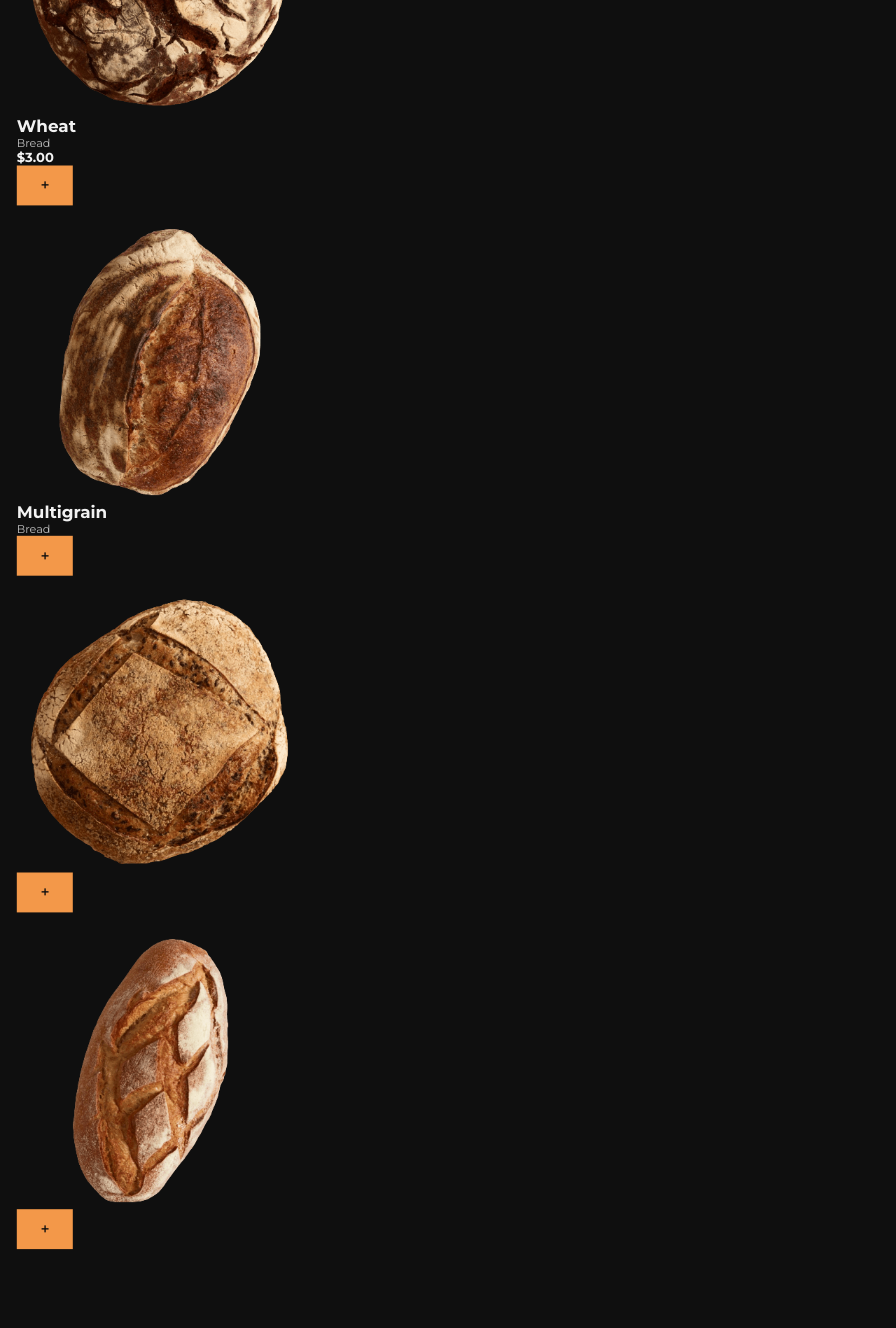
Repository: dinhhaidh/Bakery-web
Page: index.html
The author's editor kept a copy of each file at every save. The page is drawn from the files as they stood at one save, then again after a run of saves.
The browser window is 1280 px wide. The pictures show the part of the page from y = 4118 to 6038 px (the page is 6015 px tall before and 6038 px after), at 70% of full size.
Some web libraries are served in a nearby version.

Above is the page before, as saved 2024-01-16 10:54:21.

### index.html
<!DOCTYPE html>
<html lang="en">
  <head>
    <meta charset="UTF-8" />
    <meta name="viewport" content="width=device-width, initial-scale=1.0" />

    <!--=============== FAVICON ===============-->
    <link rel="shortcut icon" href="assets/img/favicon.png" type="image/x-icon"/>
    <!--=============== REMIXICONS ===============-->
    <link rel="stylesheet"  href="https://cdnjs.cloudflare.com/ajax/libs/remixicon/3.7.0/remixicon.css"/>
    <!--=============== CSS ===============-->
    <link rel="stylesheet" href="./css/style.css"/>

    <title>Responsive bakery website - Bedimcode</title>
  </head>
  <body>
    <!--==================== HEADER ====================-->
    <header class="header" id="header">
        <nav class="nav container">
            <a href="#" class="nav__logo">Bakery</a>
            <div class="nav__menu" id="nav-menu">
                <ul class="nav__list">
                    <li class="nav__item">
                        <a href="#home" class="nav__link">Home</a>
                    </li>
                    <li class="nav__item">
                        <a href="#new" class="nav__link">News</a>
                    </li>
                    <li class="nav__item">
                        <a href="#about" class="nav__link">About Us</a>
                    </li>
                    <li class="nav__item">
                        <a href="#favorite" class="nav__link">Favorites</a>
                    </li>
                    <li class="nav__item">
                        <a href="#visit" class="nav__link">Location</a>
                    </li>
                </ul>
                <div class="nav__close" id="nav-close">
                    <i class="ri-close-line"></i>
                </div>

                <img src="./img/bread-4.png" alt="image" class="nav__img-1">
                <img src="./img/bread-1.png" alt="image" class="nav__img-2">
            </div>

            <!-- toggle button -->
            <div class="nav__toggle" id="nav-toggle">
                <i class="ri-menu-line"></i>
            </div>
        </nav>
    </header>

    <!--==================== MAIN ====================-->
    <main class="main">
      <!--==================== HOME ====================-->
      <section class="home section" id="home">
        <img src="./img/home-bg.jpg" alt="image" class="home__bg">
        <div class="home__shadow"></div>
        <div class="home__container container grid">
            <div class="home__data">
                <h1 class="home__title">
                    Select The Best.<br> Quality Breads
                </h1>
                <a href="#" class="button">Select breads</a>

                <img src="./img/bread-1.png" alt="image" class="home__bread">
            </div>
            <div class="home__image">
                <img src="./img/home-bread.png" alt="image" class="home__img">
            </div>
            <footer class="home__footer">
                <div class="home__location">
                    <i class="ri-map-pin-line"></i>
                    <span>Av. The Sun #321 <br> Lima Peru</span>
                </div>
                <div class="home__social">
                    <a href="https://www.facebook.com/" target="_blank">

                        <i class="ri-facebook-circle-line"></i>
                    </a>
                    <a href="https://www.instagram.com/
                    " target="_blank">
                        <i class="ri-instagram-line"></i>
                    </a>
                    <a href="https://www.youtube.com/" target="_blank">
                        <i class="ri-youtube-line"></i>
                    </a>
                </div>
            </footer>
        </div>
      </section>

      <!--==================== NEWS ====================-->
      <section class="new section" id="new">
        <h2 class="section__title">New breads</h2>

        <div class="new__container container grid">
            <div class="new__content grid">
                <article class="new__card">
                    <div class="new__data">
                        <h2 class="new__title">Rye Bread</h2>
                        <p class="new__description">
                            Baked width healthy, gluten-free
                            sourdough for good nutrition.
                        </p>
                    </div>
                    <img src="./img/new-bread-1.png" alt="image" class="new__img">
                </article>
                <article class="new__card">
                    <div class="new__data">
                        <h2 class="new__title">Whole grain bread</h2>
                        <p class="new__description">
                            Crispy and homemade prepared
                            form organic yeast-free flour
                        </p>
                    </div>
                    <img src="./img/new-bread-2.png"  alt="image" class="new__img">
                </article>
                <article class="new__card">
                    <div class="new__data">
                        <h2 class="new__title">Multigrain Bread</h2>
                        <p class="new__description">
                            Tasty and made with different
                            natural grains form the countryside
                        </p>
                    </div>
                    <img src="./img/new-bread-3.png"  alt="image" class="new__img">
                </article>
            </div>
            <a href="#" class="new__button button">See More Breads</a>
        </div>
      </section>

      <!--==================== ABOUT ====================-->
      <section class="about section" id="about">
        <div class="about__container container grid">
            <div class="about__data">
                <div class="section__title">About Us</div>

                <p class="about__description">
                    Lorem ipsum, dolor sit amet consectetur adipisicing elit. Fugit quae quisquam quia animi commodi! Nesciunt aperiam deserunt ex sint, ratione alias quos beatae atque numquam natus libero eveniet explicabo molestias!
                </p>
                <a href="#" class="button">Know More</a>
                <img src="./img/bread-2.png" alt="image" class="about__bread">
            </div>
            <img src="./img/about-bread.png" alt="" class="about__img">
        </div>
      </section>

      <!--==================== FAVORITES ====================-->
      <section class="favorite section" id="favorite">
        <h2 class="section__title">Customer favorites</h2>
        <div class="favorite__container container grid">
            <article class="article__card">
                <img src="./img/favorite-bread-1.png" alt="image" class="favorite__img">
                <div class="favorite__data">
                    <h2 class="favorite__title">Whole Grain</h2>
                    <span class="favorite__subtitle">Bread</span>
                    <h3 class="favorite__price">$6.00</h3>
                </div>
                <button class="favorite__button button">
                    <i class="ri-add-line"></i>
                </button>
            </article>
            <article class="article__card">
                <img src="./img/favorite-bread-1.png" alt="image" class="favorite__img">
                <div class="favorite__data">
                    <h2 class="favorite__title">Rye</h2>
                    <span class="favorite__subtitle">Bread</span>
                    <h3 class="favorite__price">$8.00</h3>
                </div>
                <button class="favorite__button button">
                    <i class="ri-add-line"></i>
                </button>
            </article>
            <article class="article__card">
                <img src="./img/favorite-bread-2.png" alt="image" class="favorite__img">
                <div class="favorite__data">
                    <h2 class="favorite__title">Wheat</h2>
                    <span class="favorite__subtitle">Bread</span>
                    <h3 class="favorite__price">$3.00</h3>
                </div>
                <button class="favorite__button button">
                    <i class="ri-add-line"></i>
                </button>
            </article>
            <article class="article__card">
                <img src="./img/favorite-bread-3.png" alt="image" class="favorite__img">
                <div class="favorite__data">
                    <h2 class="favorite__title">Multigrain</h2>
                    <span class="favorite__subtitle">Bread</span>
                    <h3 class="favorite__price"></h3>
                </div>
                <button class="favorite__button button">
                    <i class="ri-add-line"></i>
                </button>
            </article>
            <article class="article__card">
                <img src="./img/favorite-bread-4.png" alt="image" class="favorite__img">
                <div class="favorite__data">
                    <h2 class="favorite__title"></h2>
                    <span class="favorite__subtitle"></span>
                    <h3 class="favorite__price"></h3>
                </div>
                <button class="favorite__button button">
                    <i class="ri-add-line"></i>
                </button>
            </article>
            <article class="article__card">
                <img src="./img/favorite-bread-5.png" alt="image" class="favorite__img">
                <div class="favorite__data">
                    <h2 class="favorite__title"></h2>
                    <span class="favorite__subtitle"></span>
                    <h3 class="favorite__price"></h3>
                </div>
                <button class="favorite__button button">
                    <i class="ri-add-line"></i>
                </button>
            </article>
        </div>
      </section>

      <!--==================== VISIT ====================-->
      <section class="visit section" id="visit"></section>
    </main>

    <!--==================== FOOTER ====================-->
    <footer class="footer"></footer>

    <!--========== SCROLL UP ==========-->

    <!--=============== SCROLLREVEAL ===============-->
    <script src="./js/scrollreveal.min.js"></script>
    <script src="https://code.jquery.com/jquery-3.7.1.min.js"></script>

    <!--=============== MAIN JS ===============-->
    <script src="./js/main.js"></script>
  </body>
</html>

### css/style.css
/*=============== GOOGLE FONTS ===============*/
@import url("https://fonts.googleapis.com/css2?family=Dancing+Script:wght@700&family=Montserrat:wght@400;600;700&display=swap");

/*=============== VARIABLES CSS ===============*/
:root {
    --header-height: 3.5rem;

    /*========== Colors ==========*/
    /*Color mode HSL(hue, saturation, lightness)*/
    --first-color: hsl(28, 88%, 62%);
    --first-color-alt: hsl(28, 84%, 58%);
    --title-color: hsl(0, 0%, 95%);
    --text-color: hsl(0, 0%, 75%);
    --text-color-light: hsl(0, 0%, 65%);
    --black-color: hsl(0, 0%, 6%);
    --body-color: hsl(0, 0%, 6%);
    --container-color: hsl(0, 0%, 10%);

    /*========== Font and typography ==========*/
    /*.5rem = 8px | 1rem = 16px ...*/
    --body-font: "Montserrat", sans-serif;
    --second-font: "Dancing Script", cursive;
    --biggest-font-size: 3rem;
    --bigger-font-size: 2rem;
    --h1-font-size: 1.5rem;
    --h2-font-size: 1.25rem;
    --h3-font-size: 1rem;
    --normal-font-size: .938rem;
    --small-font-size: .813rem;

    /*========== Font weight ==========*/
    --font-regular: 400;
    --font-semi-bold: 600;
    --font-bold: 700;

    /*========== z index ==========*/
    --z-tooltip: 10;
    --z-fixed: 100;
}

/*========== Responsive typography ==========*/
@media screen and (min-width: 1150px) {
    :root {
        --biggest-font-size: 5rem;
        --bigger-font-size: 3rem;
        --h1-font-size: 2.25rem;
        --h2-font-size: 1.5rem;
        --h3-font-size: 1.25rem;
        --normal-font-size: 1rem;
        --small-font-size: .875rem;
    }
}

/*=============== BASE ===============*/
* {
    box-sizing: border-box;
    padding: 0;
    margin: 0;
}

html {
    scroll-behavior: smooth;
}

body,
button {
    font-family: var(--body-font);
    font-size: var(--normal-font-size);
}

body {
    background-color: var(--body-color);
    color: var(--text-color);
}

button {
    border: none;
    outline: none;
}

h1,
h2,
h3,
h4 {
    color: var(--title-color);
    font-weight: var(--font-bold);
}

ul {
    list-style: none;
}

a {
    text-decoration: none;
}

img {
    display: block;
    max-width: 100%;
    height: auto;
}

/*=============== REUSABLE CSS CLASSES ===============*/
.container {
    max-width: 1120px;
    margin-inline: 1.5rem;
}

.grid {
    display: grid;
    gap: 1.5rem;
}

.section {
    padding-block: 5rem 1rem;
}

.section__title {
    font-size: var(--bigger-font-size);
    font-family: var(--second-font);
    margin-bottom: 1.5rem;
    text-align: center;
}

.main {
    overflow: hidden;
    /* For animation ScrollReveal */
}

/*=============== HEADER & NAV ===============*/
.header{
    position: fixed;
    width: 100%;
    top: 0;
    left: 0;
    background-color: transparent;
    z-index: var(--z-fixed);
}
.nav{
    position: relative;
    height: var(--header-height);
    display: flex;
    justify-content: space-between;
    align-items: center;
}
.nav__logo{
    color: var(--first-color);
    font-size: var(--h2-font-size);
    font-family: var(--second-font);
    transition: color .4s;
}
.nav__logo:hover{
    color: var(--first-color-alt);
}
.nav__close,
.nav__toggle{
    font-size: 1.5rem;
    color: var(--title-color);
    cursor: pointer;
}

/* Navigation for mobile devices */
/* responsive */
@media screen and (max-width: 1150px) {
    .nav__menu{
        position: fixed;
        top: 0;
        right: -100%;
        background-color: hsla(0,0%,6%, .2);
        backdrop-filter: blur(16px);
        -webkit-backdrop-filter: blur(16px);
        width: 80%;
        height: 100%;
        padding: 6rem 3rem 0;
        transition: right .4s;
    }
    .nav__list{
        display: flex;
        flex-direction: column;
        row-gap: 2.5rem;
    }
    .nav__link{
        color: var(--title-color);
        font-weight: var(--font-semi-bold);
        transition: color .4s;
    }
    .nav__link:hover{
        color: var(--first-color);
    }
    .nav__close,
    .nav__img-1,
    .nav__img-2{
        position: absolute;
    }
    .nav__close{
        top: 1rem;
        right: 1.5rem;
    }
    .nav__img-1{
        width: 80px;
        top: 11rem;
        right: 0.75rem;
    }
    .nav__img-2{
        width: 60px;
        top: 28rem;
        left: 6rem;
    }
}

/* Show menu */
.show-menu{
    right: 0;
}

/* Add blur header */
/* Thêm tiêu đề mờ, khi kéo xuống hiển thị thanh nngang fixed */
.blur-header::after{
    content: '';
    position: absolute;
    width: 100%;
    height: 100%;
    background-color: hsla(0, 0%, 6%, .2);
    backdrop-filter: blur(16px);
    -webkit-backdrop-filter: blur(16px);
    top: 0;
    left: 0;
    z-index: -1;
}

/* Active link */


/*=============== HOME ===============*/
.home{
    position: relative;
    padding-top: 6.5rem;
}
.home__container{
    row-gap: 2rem;
}
.home__bg,
.home__shadow{
    position: absolute;
    top: 0;
    left: 0;
    width: 100%;
    height: 100%;
    z-index: -1;
}
.home__bg{
    object-fit: cover;
    object-position: center;
}
.home__shadow{
    background: linear-gradient(180deg, hsla(0, 0%, 0%, 0) 0%, hsl(0, 0%, 6%) 100%);

}
.home__data{
    position: relative;
    text-align: center;
}
.home__title{
    font-size: var(--biggest-font-size);
    font-family: var(--second-font);
    margin-bottom: 1.5rem;
}
.home__bread{
    width: 50px;
    position: absolute;
    top: 15rem;
    left: 4rem;
}
.home__image{
    max-width: 400px;
    justify-self: center;
}
.home__img{
    rotate: 15deg;
}
.home__footer,
.home__location,
.home__social{
    display: flex;
}
.home__footer{
    justify-content: space-between;
    align-items: center;
}
.home__location{
    align-items: center;
    column-gap: .5rem;
}
.home__location i{
    font-size: 1.5rem;
    color: var(--first-color);
}
.home__location span{
    color: var(--title-color);
    font-size: var(--small-font-size);
}
.home__social{
    column-gap: 1rem;
}
.home__social a{
    color: var(--title-color);
    font-size: 1.5rem;
    transition: color 4s;
}
.home__social a:hover{
    color: var(--first-color);
}

/*=============== BUTTON ===============*/
.button{
    display: inline-flex;
    background-color: var(--first-color);
    color: var(--black-color);
    font-weight: var(--font-semi-bold);
    padding: 1.25rem 2rem;
    transition: background-color .4s;
}
.button:hover{
    background-color: var(--first-color-alt);
}

/*=============== NEW ===============*/
.new{

}
.new__container{
    padding-top: 1.5rem;
    row-gap: 3.5rem;
}
.new__content{
    row-gap: 2rem
}
.new__card{
    display: flex;
    column-gap: 1rem;
    align-items: center;
}
.new__card:nth-child(2) img{
    order: -1;
}
.new__img{
    width: 150px;
}
.new__data{

}
.new__title{
    font-size: var(--h2-font-size);
    font-family: var(--second-font);
    color: var(--first-color);
    margin-bottom: .5rem;
}
.new__description{
    font-size: var(--small-font-size);
}
.new__button{
    justify-self: center;
}

/*=============== ABOUT ===============*/
.about__container{
    row-gap: 4rem;
}
.about__data{
    position: relative;
    text-align: center;
}
.about__description{
    margin-bottom: 3rem;
}
.about__bread{
    width: 60px;
    position: absolute;
    bottom: 1rem;
    right: 0;
}
.about__img{
    width: 320px;
    justify-self: center;
}

/*=============== FAVORITES ===============*/


/*=============== VISIT ===============*/


/*=============== FOOTER ===============*/


/*=============== SCROLL BAR ===============*/


/*=============== SCROLL UP ===============*/


/* Show Scroll Up */


/*=============== BREAKPOINTS ===============*/
/* For small devices */


/* For medium devices */


/* For large devices */

Loaded but not shown: js/scrollreveal.min.js (library); js/main.js (no copy from this time; the picture is the same without it)

After the next 3 saves:
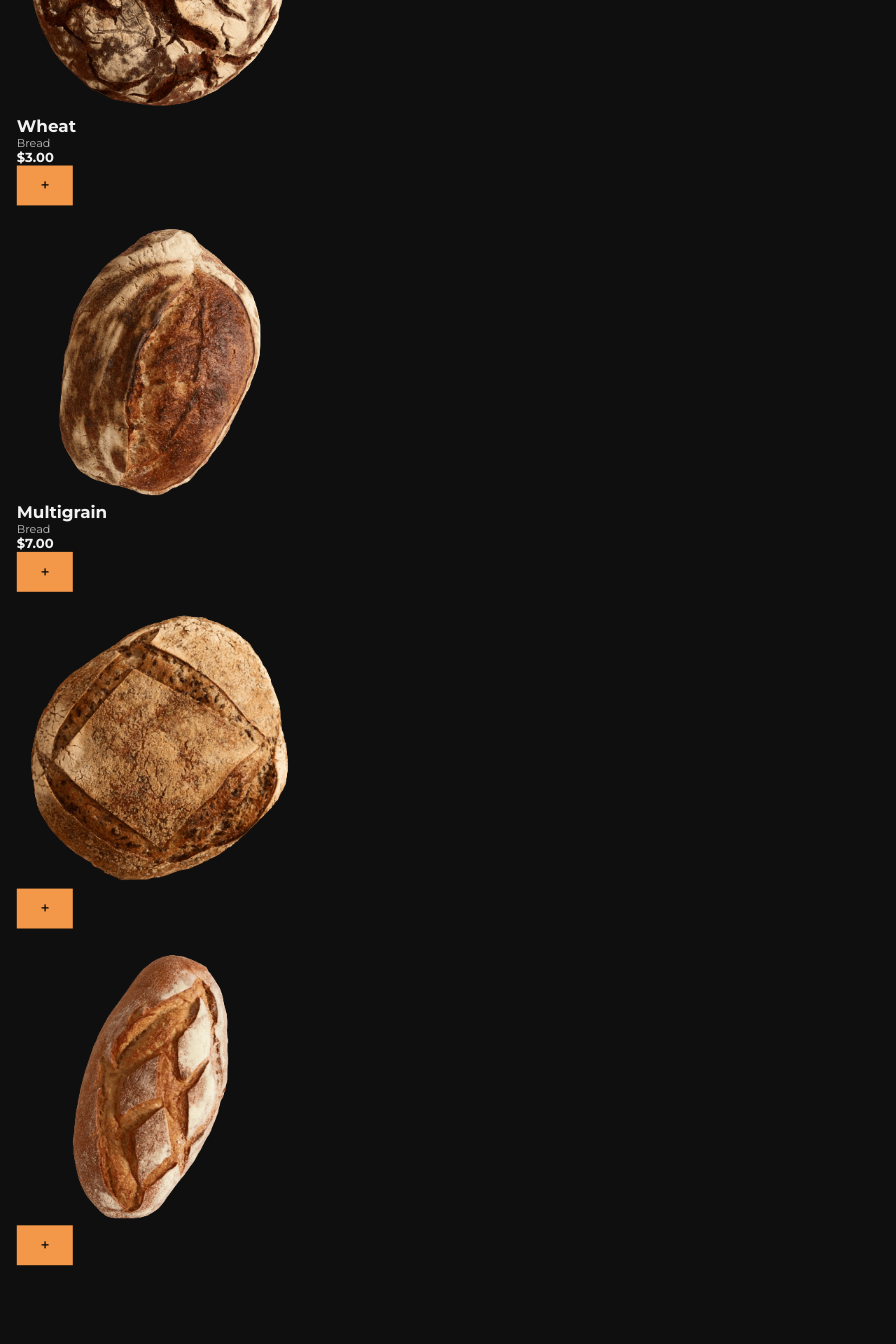
The 3 saves are shown as one change because they came seconds apart.
The last was saved 30 s later.
--- a/index.html
+++ b/index.html
@@ -190,7 +190,7 @@
                 <div class="favorite__data">
                     <h2 class="favorite__title">Multigrain</h2>
                     <span class="favorite__subtitle">Bread</span>
-                    <h3 class="favorite__price"></h3>
+                    <h3 class="favorite__price">$7.00</h3>
                 </div>
                 <button class="favorite__button button">
                     <i class="ri-add-line"></i>
